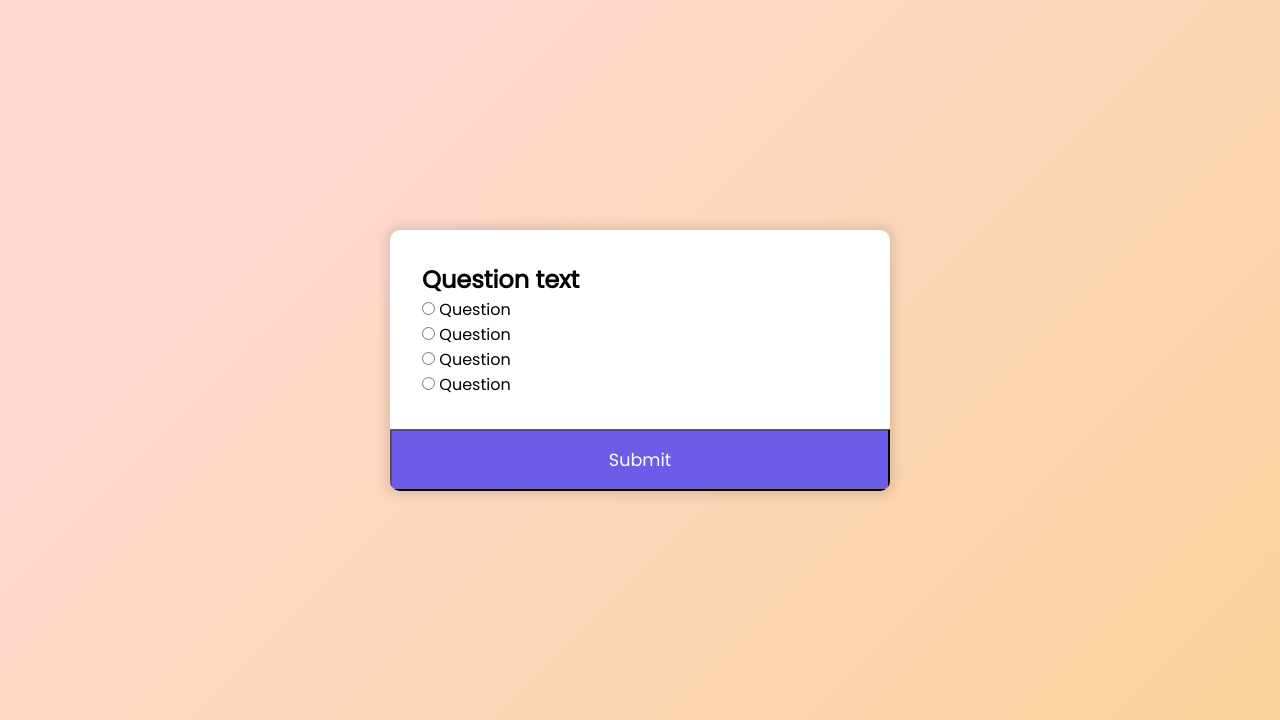
Repository: PratypartyY2K/JavaScript-Projects
Page: Quiz-App/index.html
These files come from the project's save history. The page is drawn as it stood at one moment and after the next save; the edit follows.
The browser window is 1280 px wide. The pictures show the whole page.

Above is the page before, as saved 2021-07-04 09:26:18.

After the next save:
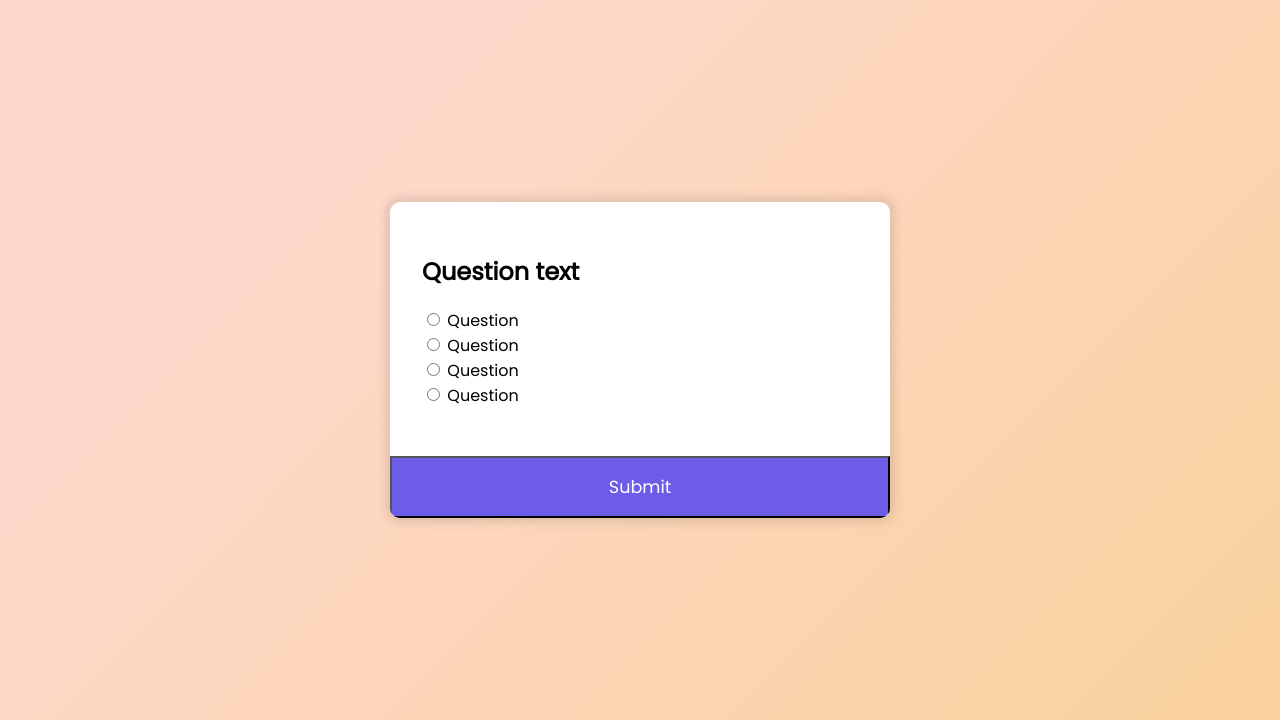
Saved 30 s later.
--- a/Quiz-App/styles.css
+++ b/Quiz-App/styles.css
@@ -1,11 +1,11 @@
 @import url('https://fonts.googleapis.com/css2?family=Poppins&display=swap');
 
 * {
-    margin: 0;
     box-sizing: border-box;
 }
 
 body {
+    margin: 0;
     background-color: #f9d29d;
     background-image: linear-gradient(315deg, #f9d29d 0%, #ffd8cb 74%);
     display: flex;
